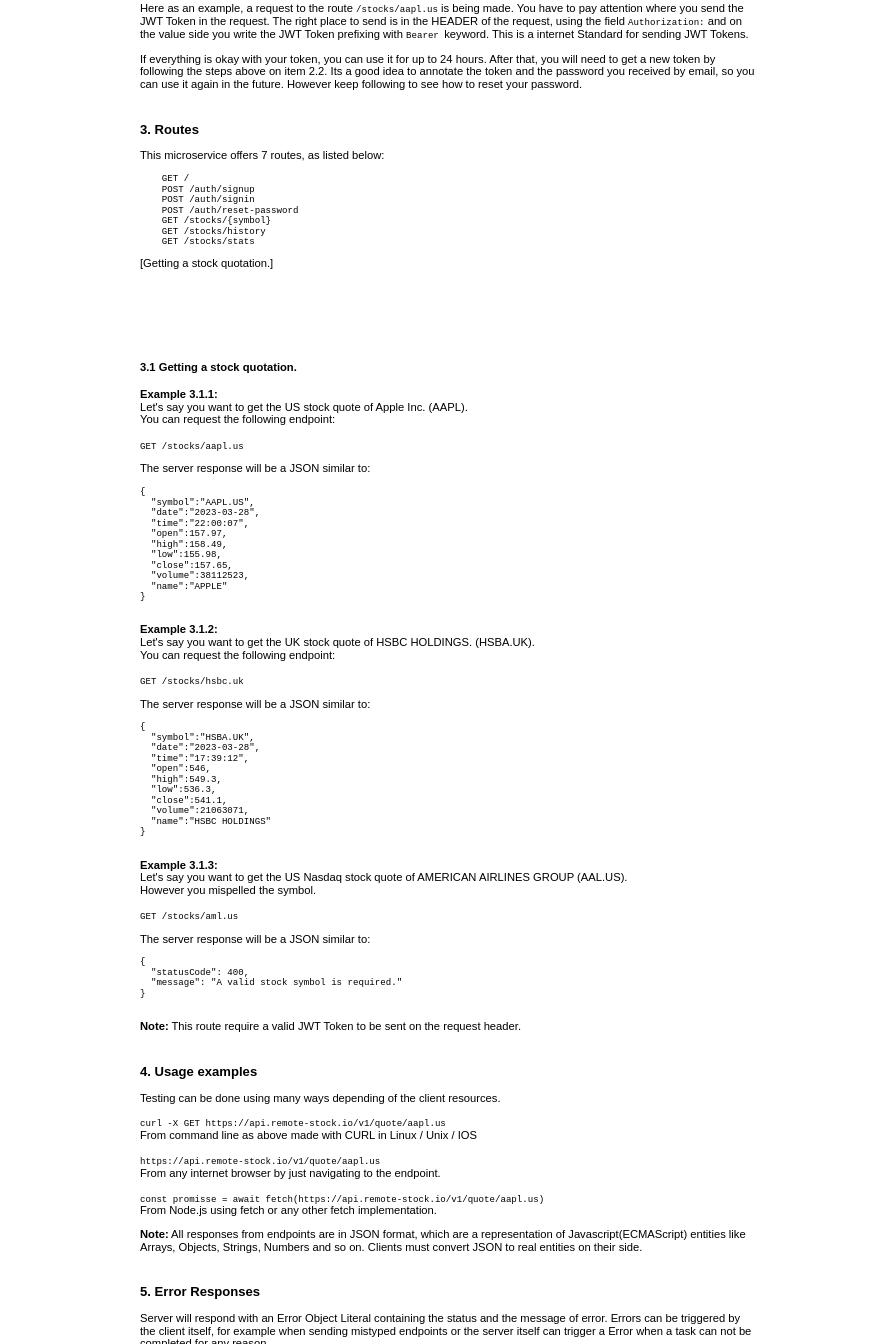
Repository: miguelamello/nest-js
Page: stock-service/documentation.html
These files come from the project's save history. The page is drawn as it stood at one moment and after a run of saves; the edit follows.
The browser window is 1280 px wide. The pictures show the part of the page from y = 1414 to 3334 px (the page is 3716 px tall before and 3590 px after), at 70% of full size.

Above is the page before, as saved 2023-04-02 21:07:03.

### stock-service/documentation.html
<!DOCTYPE html>
<html lang="en">
<head>
  <meta charset="UTF-8">
  <meta http-equiv="X-UA-Compatible" content="IE=edge">
  <meta name="viewport" content="width=device-width, initial-scale=1.0">
  <title>STOCK QUOTE MICROSERVICE</title>
  <style>
    body {
      font-family: Arial, Helvetica, sans-serif;
      padding: 3% 15%;
    }
    h3 {
      margin-top: 5%;
    }
    pre {
      margin: 0;
      overflow: auto;
    }
  </style>
</head>
<body>
  <h2>STOCK QUOTE MICROSERVICE DOCUMENTATION</h2>
  <p>
    This microservice aims to facilitate the acquisition of stock exchange quotes from various
    companies in US and UK. Please follow the documentation to get a complete understanding
    of how the service works.
  </p>

  <h3>1. Entrypoint</h3>
  <code>https://api.stock-quote.io/v1</code>
  <p>
    All routes starts from the entrypoint above. Accessing this entrypoint will
    retrieve the STOCK QUOTE MICROSERVICE DOCUMENTATION in a friendly presentation,
    as easy to read as this page can be.
  </p>

  <p>If you want for a more detailed documentation, you should navigate to the
    STOCK QUOTE MICROSERVICE SPECIFICATION where you will find more technical
    explanations about the service.
  </p>

  <pre>
GET /spec HTTP/1.1
Host: https://api.stock-quote.io/v1
  </pre>

  <h3>2. Authentication</h3>
  <p>A JSON Web Token (JWT) Authentication is required for some routes on the microservice.
    Below is listed the steps that must be followed to get a valid JWT Token. The token is
    a string similar to the following:
  </p>

  <code>eyJhbGciOiJIUzI1NiIsInR5cCI6IkpXVCJ9.eyJ1c2VybmFtZSI6Im1pZ3VlbGFuZ2Vsb21
    lbGxvQGdtYWlsLmNvbSIsInN1YiI6IjY0Mjg2YmY0ZWE1OTAxNmQwNjg0MTJiYSIsImlhdCI6MTY4MDM3Mjc4OSwiZ
    XhwIjoxNjgwNDU5MTg5fQ.6tP4CUwuBqWPXSu1aLEoy7kCQnCnvEBEXRHDIXUWLNo</code>
  <p>

    <br><div><b>2.1 Signup to the service</b></div><br>

    <pre>
POST /auth/signup HTTP/1.1
Host: https://api.stock-quote.io/v1
Content-Type: application/x-www-form-urlencoded
Content-Length: 35

email=yourname@example.com
    </pre>

    <div>You must send a POST request to <code>/auth/signup</code> with POST BODY containing a valid email.
      You will receive a email with a link to confirm your email address. After the email confirmation,
      another email with your Username and Password will be sent to you. You should use this login
      information to get your JWT Token. Keep following.</div>
    </div>
  </p>

  <p>
    <br><div><b>2.2 Signin to the service</b></div><br>

    <pre>
POST /auth/signin HTTP/1.1
Host: https://api.stock-quote.io/v1
Content-Type: application/x-www-form-urlencoded
Content-Length: 77

email=yourname@example.com&
password=e49015be5ba9752ab634b5649045bc56
    </pre>

    <div>You must send a POST request to <code>/auth/signin</code> with POST BODY containing the
      confirmed email and the password you received by email. If login is valid you will
      receive a response with the JWT Token that you must use to access all the available
      routes on the microservice. The Route response will be a JWT Token similar to bellow.
    </div><br>

    <pre>
{
  "access_token": "eyJhbGciOiJIUzI1NiIsInR5cCI6IkpXVCJ9.eyJ1c2VybmFtZSI6Im1pZ3VlbGFuZ2Vsb21
  lbGxvQGdtYWlsLmNvbSIsInN1YiI6IjY0Mjg2YmY0ZWE1OTAxNmQwNjg0MTJiYSIsImlhdCI6MTY4MDM3Mjc4OSwiZ
  XhwIjoxNjgwNDU5MTg5fQ.6tP4CUwuBqWPXSu1aLEoy7kCQnCnvEBEXRHDIXUWLNo"
}
    </pre>

    <div>Note: You must annotate this token somewhere, since a JWT Token can not be generated
      again with the same hash. If you lose your token, you will have to repeat the steps above
      on item 2.2 to get a new token.
    </div><br>

  </p>

  <p>
    <div><b>2.3 Use the JWT Token to access the routes</b></div><br>

    <pre>
GET /stocks/aapl.us HTTP/1.1
Host: https://api.stock-quote.io/v1
Authorization: Bearer eyJhbGciOiJIUzI1NiIsInR5cCI6IkpXVCJ9.eyJ1c2VybmFtZSI6Im1pZ3VlbGFuZ2Vsb21
lbGxvQGdtYWlsLmNvbSIsInN1YiI6IjY0Mjg2YmY0ZWE1OTAxNmQwNjg0MTJiYSIsImlhdCI6MTY4MDM3Mjc4OSwiZXhwI
joxNjgwNDU5MTg5fQ.6tP4CUwuBqWPXSu1aLEoy7kCQnCnvEBEXRHDIXUWLNo
    </pre>

    <div>Here as an example, a request to the route <code>/stocks/aapl.us</code> is being made.
      You have to pay attention where you send the JWT Token in the request. The right place to
      send is in the HEADER of the request, using the field <code>Authorization:</code> and on the
      value side you write the JWT Token prefixing with <code>Bearer </code> keyword. This is a internet
      Standard for sending JWT Tokens.
    </div><br>

    <div>
      If everything is okay with your token, you can use it for up to 24 hours. After that, you will
      need to get a new token by following the steps above on item 2.2. Its a good idea to annotate
      the token and the password you received by email, so you can use it again in the future. However
      keep following to see how to reset your password.
    </div>
  </p>

  <h3>3. Routes</h3>

  <p>This microservice offers 7 routes, as listed below:</p>

  <pre>
    GET /
    POST /auth/signup
    POST /auth/signin
    POST /auth/reset-password
    GET /stocks/{symbol}
    GET /stocks/history
    GET /stocks/stats
  </pre>

  <code></code>    [Getting a stock quotation.]<br>
  <code></code><br>
  <code></code><br>
  <code></code><br>
  <code></code><br>
  <code></code><br>
  <code></code><br>

  <h4>3.1 Getting a stock quotation.</h4>

  <p>
    <div><b>Example 3.1.1:</b></div>
    <div>Let's say you want to get the US stock quote of Apple Inc. (AAPL).</div>
    <div>You can request the following endpoint:</div><br>
    <code>GET /stocks/aapl.us</code>

    <p>The server response will be a JSON similar to:</p>

    <pre>
{
  "symbol":"AAPL.US",
  "date":"2023-03-28",
  "time":"22:00:07",
  "open":157.97,
  "high":158.49,
  "low":155.98,
  "close":157.65,
  "volume":38112523,
  "name":"APPLE"
}
    </pre>
  </p>
  <p>
    <div><b>Example 3.1.2:</b></div>
    <div>Let's say you want to get the UK stock quote of HSBC HOLDINGS. (HSBA.UK).</div>
    <div>You can request the following endpoint:</div><br>
    <code>GET /stocks/hsbc.uk</code>

    <p>The server response will be a JSON similar to:</p>

    <pre>
{
  "symbol":"HSBA.UK",
  "date":"2023-03-28",
  "time":"17:39:12",
  "open":546,
  "high":549.3,
  "low":536.3,
  "close":541.1,
  "volume":21063071,
  "name":"HSBC HOLDINGS"
}
    </pre>
  </p>

  <p>
    <div><b>Example 3.1.3:</b></div>
    <div>Let's say you want to get the US Nasdaq stock quote of AMERICAN AIRLINES GROUP (AAL.US).</div>
    <div>However you mispelled the symbol.</div><br>
    <code>GET /stocks/aml.us</code>

    <p>The server response will be a JSON similar to:</p>

    <pre>
{
  "statusCode": 400,
  "message": "A valid stock symbol is required."
}
    </pre>

    <p>
      <b>Note:</b> This route require a valid JWT Token to be sent on the request header.
    </p>
  </p>

  <h3>4. Usage examples</h3>

  <p>Testing can be done using many ways depending of the client resources.</p>

  <code>curl -X GET https://api.remote-stock.io/v1/quote/aapl.us</code>
  <div>From command line as above made with CURL in Linux / Unix / IOS</div>
  <br>
  <code>https://api.remote-stock.io/v1/quote/aapl.us</code>
  <div>From any internet browser by just navigating to the endpoint.</div>
  <br>
  <code>const promisse = await fetch(https://api.remote-stock.io/v1/quote/aapl.us)</code>
  <div>From Node.js using fetch or any other fetch implementation.</div>

  <p>
    <b>Note:</b> All responses from endpoints are in JSON format, which are a
    representation of Javascript(ECMAScript) entities like Arrays, Objects,
    Strings, Numbers and so on. Clients must convert JSON to real entities
    on their side.
  </p>

  <h3>5. Error Responses</h3>

  <p>
    Server will respond with an Error Object Literal containing
    the status and the message of error. Errors can be triggered
    by the client itself, for example when sending mistyped endpoints
    or the server itself can trigger a Error when a
    task can not be completed for any reason.
  </p>

  <p>
    <code>{ "statusCode": number, "message": string }</code><br>
    <div>
      The object literal returned will contain two properties:
      "statusCode" with a number and "message" with the human readable text.
    </div>
  </p>

  <p>Exemple Error Message:</p>
  <p>
    <code>
      {"statusCode":400,"message":"Symbol must be a valid quote."}
    </code>
  </p>

  <h3>6. Disclaimer</h3>
  <p>
    This microservice should be used strictly as proposed in this documentation.
    Any usage that is not in accordance with the documentation may result in harmful
    consequences to the user. The authors of this service are not responsible for
    any misuse of the proposed microservice and its consequences. If you have any question,
    suggestion, information regarding the use of this service, please contact
    the authors at <b>developers@remote-stock.io</b>
  </p>

</body>
</html>

After the next 2 saves:
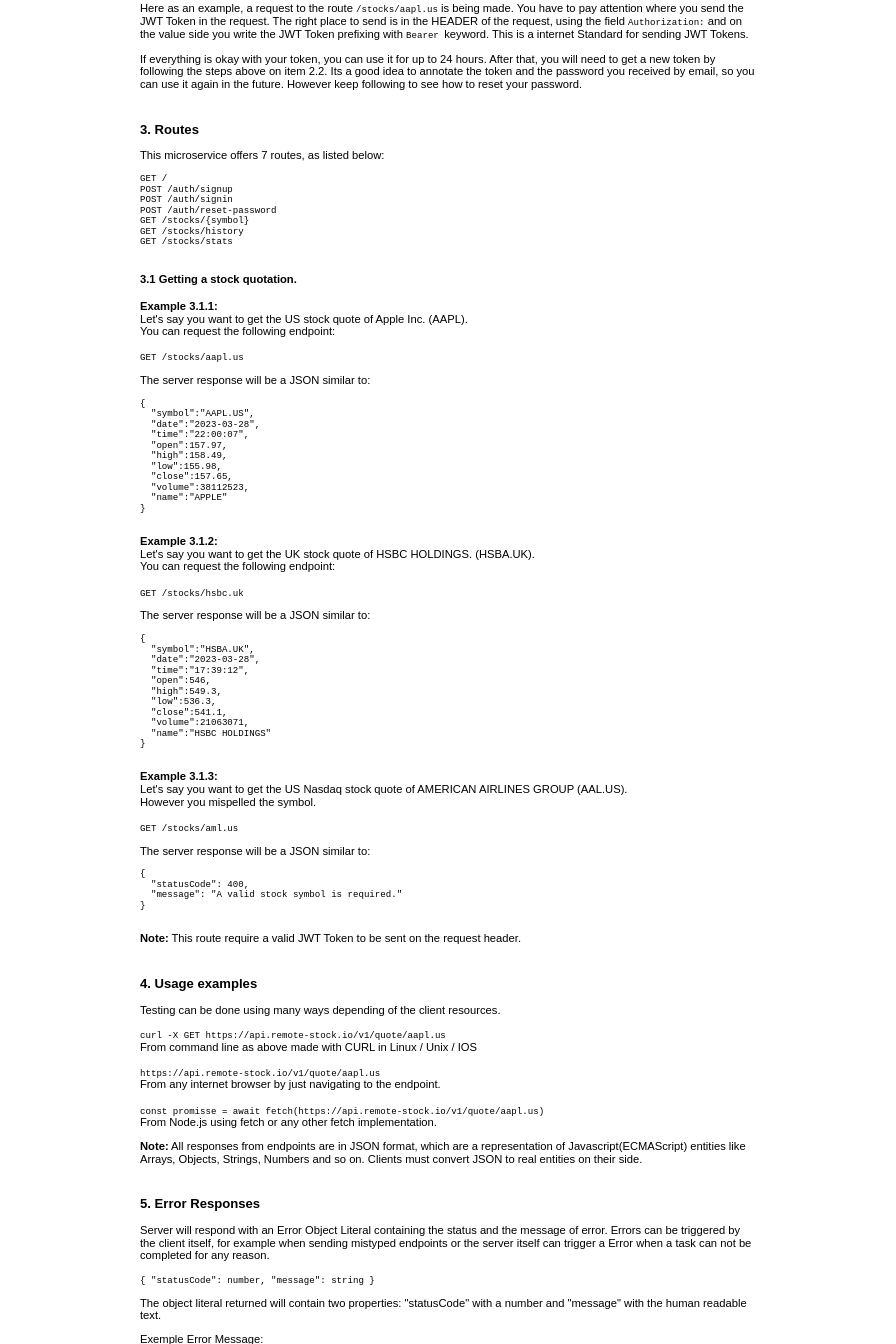
The 2 saves are shown as one change because they came seconds apart.
The last was saved 9 s later.
--- a/stock-service/documentation.html
+++ b/stock-service/documentation.html
@@ -139,22 +139,14 @@ joxNjgwNDU5MTg5fQ.6tP4CUwuBqWPXSu1aLEoy7kCQnCnvEBEXRHDIXUWLNo
   <p>This microservice offers 7 routes, as listed below:</p>
 
   <pre>
-    GET /
-    POST /auth/signup
-    POST /auth/signin
-    POST /auth/reset-password
-    GET /stocks/{symbol}
-    GET /stocks/history
-    GET /stocks/stats
+GET /
+POST /auth/signup
+POST /auth/signin
+POST /auth/reset-password
+GET /stocks/{symbol}
+GET /stocks/history
+GET /stocks/stats
   </pre>
-
-  <code></code>    [Getting a stock quotation.]<br>
-  <code></code><br>
-  <code></code><br>
-  <code></code><br>
-  <code></code><br>
-  <code></code><br>
-  <code></code><br>
 
   <h4>3.1 Getting a stock quotation.</h4>
 
